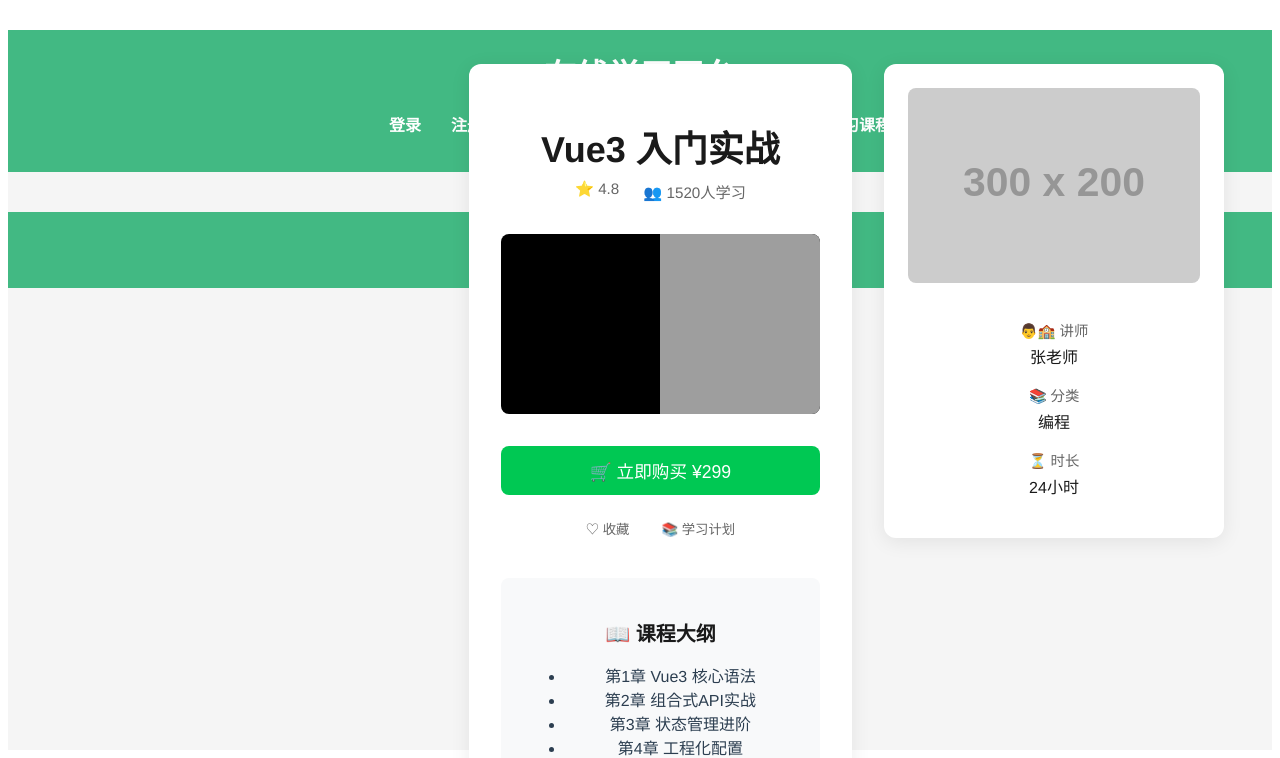
Repository: yuxi12345/vue-study-online
Page: /courses/1
An editor plug-in stored every save of this project. The page is shown before and after a run of saves, followed by the edit.
The browser window is 1280 px wide. The pictures show the whole page.
Pictures or frames that could not be fetched are drawn as grey boxes. The project was rebuilt for these pictures with package versions that can differ from the ones it lists, and the page was loaded fresh each time. Also part of the build but not shown: vite.config.js, src/components/Login.vue, src/components/Register.vue, src/components/UserProfile.vue, src/components/UserPreferences.vue, src/components/CourseList.vue, src/components/CoursePlayer.vue, src/components/TextCoursePlayer.vue.

Above is the page before, as saved 2025-04-02 11:22:33.

### src/main.js
import { createApp } from 'vue';
import App from './App.vue';
import router from './router';

createApp(App)
    .use(router)
    .mount('#app');

### src/App.vue
<template>
  <div id="app">
    <header class="app-header">
      <h1 class="app-title">在线学习平台</h1>
      <nav class="app-nav">
        <ul class="nav-list">
          <li class="nav-item"><router-link to="/login">登录</router-link></li>
          <li class="nav-item"><router-link to="/register">注册</router-link></li>
          <li class="nav-item"><router-link to="/profile">个人信息</router-link></li>
          <li class="nav-item"><router-link to="/preferences">学习偏好设置</router-link></li>
          <li class="nav-item"><router-link to="/courses">课程中心</router-link></li>
          <li class="nav-item"><router-link to="/courses/1/learn">学习课程</router-link></li> <!-- 新增学习课程链接 -->
        </ul>
      </nav>
    </header>
    <main class="app-main">
      <router-view />
    </main>
    <footer class="app-footer">
      <p>© 2025 在线学习平台. 版权所有.</p>
    </footer>
  </div>
</template>

<script setup>
// 这里不需要额外的逻辑
</script>

<style scoped>
#app {
  font-family: Avenir, Helvetica, Arial, sans-serif;
  text-align: center;
  color: #2c3e50;
  margin-top: 30px;
  background-color: #f5f5f5;
  min-height: 100vh;
  /* 确保页面高度至少为100vh */
}

.app-header {
  background-color: #42b983;
  color: white;
  padding: 20px 0;
}

.app-title {
  margin: 0;
  font-size: 2em;
}

.app-nav {
  margin-top: 10px;
}

.nav-list {
  list-style: none;
  padding: 0;
  display: flex;
  justify-content: center;
  /* 水平居中 */
}

.nav-item {
  margin: 0 15px;
  /* 水平间距 */
}

.nav-item a {
  color: white;
  text-decoration: none;
  font-weight: bold;
}

.nav-item a:hover {
  text-decoration: underline;
  /* 悬停时下划线效果 */
}

.app-main {
  padding: 20px;
}

.app-footer {
  margin-top: auto;
  /* 将footer推到页面底部 */
  padding: 10px 0;
  background-color: #42b983;
  color: white;
}
</style>

### src/router.js
import { createRouter, createWebHistory } from 'vue-router';
import Login from './components/Login.vue';
import Register from './components/Register.vue';
import UserProfile from './components/UserProfile.vue';
import UserPreferences from './components/UserPreferences.vue';
import CourseList from './components/CourseList.vue';
import CourseDetail from './components/CourseDetail.vue';
import CoursePlayer from './components/CoursePlayer.vue'; // 新增学习界面路由
import TextCoursePlayer from './components/TextCoursePlayer.vue'; // 新增文字课程路由

const routes = [
    { path: '/login', component: Login },
    { path: '/register', component: Register },
    { path: '/profile', component: UserProfile },
    { path: '/preferences', component: UserPreferences },
    { path: '/', redirect: '/login' }, // 默认重定向到登录页
    { path: '/courses', component: CourseList },
    { path: '/courses/:id', component: CourseDetail },
    { path: '/courses/:id/learn', component: CoursePlayer }, // 新增学习界面路由
    { path: '/courses/:id/text-learn', component: TextCoursePlayer }, // 新增文字课程路由
];

const router = createRouter({
    history: createWebHistory(),
    routes,
});

export default router;

### src/components/CourseDetail.vue
<template>
  <!-- 全局提示弹窗 -->
  <div class="toast-container">
    <transition-group name="toast">
      <div v-for="msg in messages"
           :key="msg.id"
           class="toast"
           :class="msg.type">
        {{ msg.text }}
      </div>
    </transition-group>

  <!-- 主容器 -->
  <div class="course-wrapper">
    <!-- 核心内容区 -->
    <main class="course-main">
      <!-- 课程头图 -->
      <div class="course-hero">
        <h1 class="course-title">{{ course.title }}</h1>
        <div class="course-meta">
          <span class="rating">⭐ {{ (course.rating ?? 0).toFixed(1) }}</span>
          <span class="students">👥 {{ course.students }}人学习</span>
        </div>
      </div>

      <!-- 视频预览 -->
      <div class="video-container">
        <iframe :src="course.videoUrl"
                frameborder="0"
                allowfullscreen
                title="课程预览视频"></iframe>
      </div>

      <!-- 操作按钮组 -->
      <div class="action-container">
        <button class="btn btn-primary"
                @click="handlePurchase"
                v-if="!purchased">
          🛒 立即购买 ¥{{ course.price }}
        </button>
        <button class="btn btn-success"
                v-else
                disabled>
          ✓ 已购买
        </button>

        <div class="secondary-actions">
          <button class="btn btn-icon"
                  :class="{ 'active': isFavorited }"
                  @click="toggleFavorite">
            <span v-if="isFavorited">❤️ 已收藏</span>
            <span v-else>♡ 收藏</span>
          </button>
          <button class="btn btn-icon"
                  :class="{ 'active': isInPlan }"
                  @click="toggleStudyPlan">
            <span v-if="isInPlan">📚 已加入计划</span>
            <span v-else>📚 学习计划</span>
          </button>
        </div>
      </div>

      <!-- 课程详情 -->
      <div class="course-detail">
        <!-- 大纲模块 -->
        <section class="detail-section">
          <h2 class="section-title">📖 课程大纲</h2>
          <ul class="chapter-list">
            <li v-for="(chapter, index) in course.chapters"
                :key="index"
                class="chapter-item">
              <span class="chapter-index">第{{ index + 1 }}章</span>
              {{ chapter }}
            </li>
          </ul>
        </section>

        <!-- 评价模块 -->
        <section class="detail-section">
          <h2 class="section-title">💬 学员评价</h2>
          <div v-for="review in course.reviews"
               :key="review.id"
               class="review-card">
            <p class="review-content">{{ review.content }}</p>
            <div class="review-footer">
              <span class="review-author">{{ review.author }}</span>
              <span class="review-date">{{ review.date }}</span>
            </div>
          </div>
        </section>

        <!-- 常见问题 -->
        <section class="detail-section">
          <h2 class="section-title">❓ 常见问题</h2>
          <div v-for="qa in course.faqs"
               :key="qa.question"
               class="faq-card">
            <div class="faq-question">Q: {{ qa.question }}</div>
            <div class="faq-answer">A: {{ qa.answer }}</div>
          </div>
        </section>
      </div>
    </main>

    <!-- 侧边信息栏 -->
    <aside class="course-sidebar">
      <div class="info-card">
        <img :src="course.cover"
             alt="课程封面"
             class="course-cover">
        <div class="info-group">
          <label>👨🏫 讲师</label>
          <p class="info-content">{{ course.instructor }}</p>
        </div>
        <div class="info-group">
          <label>📚 分类</label>
          <p class="info-content">{{ course.category }}</p>
        </div>
        <div class="info-group">
          <label>⏳ 时长</label>
          <p class="info-content">{{ course.duration }}小时</p>
        </div>
      </div>
    </aside>
  </div>
  </div>
</template>

<script setup>
import { ref } from 'vue';

// 课程数据
const course = ref({
  id: 1,
  title: 'Vue3 入门实战',
  category: '编程',
  cover: 'https://via.placeholder.com/300x200',
  instructor: '张老师',
  rating: 4.8,
  students: 1520,
  duration: 24,
  price: 299,
  videoUrl: 'https://example.com/video',
  chapters: [
    'Vue3 核心语法',
    '组合式API实战',
    '状态管理进阶',
    '工程化配置',
    '项目实战'
  ],
  reviews: [
    {
      id: 1,
      author: '前端开发者',
      content: '课程结构清晰，项目案例非常实用',
      date: '2024-03-15'
    }
  ],
  faqs: [
    {
      question: '需要哪些前置知识？',
      answer: '需掌握HTML/CSS和JavaScript基础'
    }
  ]
});

// 交互状态
const isFavorited = ref(false);
const isInPlan = ref(false);
const purchased = ref(false);

// 消息系统
const messages = ref([]);
let toastId = 0;

const showToast = (text, type = 'success') => {
  const id = toastId++;
  messages.value.push({ id, text, type });

  setTimeout(() => {
    messages.value = messages.value.filter(msg => msg.id !== id);
  }, 3000);
};

// 核心交互
const toggleFavorite = () => {
  isFavorited.value = !isFavorited.value;
  showToast(
    isFavorited.value ? '已加入收藏' : '已取消收藏',
    isFavorited.value ? 'success' : 'info'
  );
};

const toggleStudyPlan = () => {
  isInPlan.value = !isInPlan.value;
  showToast(
    isInPlan.value ? '已加入学习计划' : '已移出学习计划',
    isInPlan.value ? 'success' : 'info'
  );
};

const handlePurchase = () => {
  purchased.value = true;
  showToast('🎉 购买成功！课程已添加到学习中心', 'success');
};
</script>

<style scoped>
/* 基础布局 */
.course-wrapper {
  max-width: 1280px;
  margin: 2rem auto;
  padding: 0 1.5rem;
  display: grid;
  grid-template-columns: 1fr 340px;
  gap: 2rem;
}

/* 主内容区 */
.course-main {
  background: #fff;
  border-radius: 12px;
  box-shadow: 0 4px 20px rgba(0,0,0,0.08);
  padding: 2rem;
}

.course-hero {
  text-align: center;
  margin-bottom: 2rem;
}

.course-title {
  font-size: 2.25rem;
  color: #1a1a1a;
  margin-bottom: 0.5rem;
}

.course-meta {
  display: flex;
  justify-content: center;
  gap: 1.5rem;
  color: #666;
  font-size: 0.95rem;
}

/* 视频容器 */
.video-container {
  position: relative;
  padding-bottom: 56.25%;
  margin: 1.5rem 0;
  border-radius: 8px;
  overflow: hidden;
  background: #000;
}

.video-container iframe {
  position: absolute;
  width: 100%;
  height: 100%;
  border: none;
}

/* 操作按钮 */
.action-container {
  display: flex;
  flex-direction: column;
  gap: 1rem;
  margin: 2rem 0;
}

.btn {
  padding: 0.75rem 1.5rem;
  border: none;
  border-radius: 8px;
  font-weight: 500;
  transition: all 0.2s;
  display: inline-flex;
  align-items: center;
  justify-content: center;
}

.btn-primary {
  background: #00c853;
  color: white;
  font-size: 1.1rem;
}

.btn-primary:hover {
  transform: translateY(-2px);
  box-shadow: 0 4px 12px rgba(0,200,83,0.3);
}

.btn-success {
  background: #4caf50;
  color: white;
  cursor: default;
}

.btn-icon {
  background: none;
  color: #666;
  padding: 0.5rem 1rem;
}

.btn-icon.active {
  color: #00c853;
  background: rgba(0,200,83,0.1);
}

/* 详情模块 */
.detail-section {
  margin: 2rem 0;
  padding: 1.5rem;
  background: #f8f9fa;
  border-radius: 8px;
}

.section-title {
  font-size: 1.25rem;
  color: #1a1a1a;
  margin-bottom: 1rem;
}

/* 侧边栏 */
.course-sidebar {
  position: sticky;
  top: 2rem;
  height: fit-content;
}

.info-card {
  background: white;
  padding: 1.5rem;
  border-radius: 12px;
  box-shadow: 0 4px 20px rgba(0,0,0,0.08);
}

.course-cover {
  width: 100%;
  border-radius: 8px;
  margin-bottom: 1rem;
}

.info-group {
  margin: 1rem 0;
}

.info-group label {
  color: #666;
  font-size: 0.9rem;
}

.info-content {
  color: #1a1a1a;
  font-weight: 500;
  margin-top: 0.25rem;
}

/* 提示系统 */
.toast-container {
  position: fixed;
  top: 2rem;
  right: 2rem;
  z-index: 9999;
}

.toast {
  width: 280px;
  padding: 1rem;
  margin-bottom: 1rem;
  border-radius: 8px;
  color: white;
  box-shadow: 0 4px 12px rgba(0,0,0,0.15);
  backdrop-filter: blur(4px);
}

.toast.success {
  background: rgba(76,175,80,0.9);
}

.toast.info {
  background: rgba(33,150,243,0.9);
}

/* 动画效果 */
.toast-enter-active,
.toast-leave-active {
  transition: all 0.4s cubic-bezier(0.22, 0.61, 0.36, 1);
}

.toast-enter-from {
  opacity: 0;
  transform: translateX(100%);
}

.toast-leave-to {
  opacity: 0;
  transform: translateY(-20%);
}

@media (max-width: 768px) {
  .course-wrapper {
    grid-template-columns: 1fr;
    padding: 0 1rem;
  }

  .course-sidebar {
    order: -1;
    margin-bottom: 2rem;
  }

  .course-main {
    padding: 1.5rem;
  }
}
</style>

Loaded but not shown: index.html (common file)

After the next 3 saves:
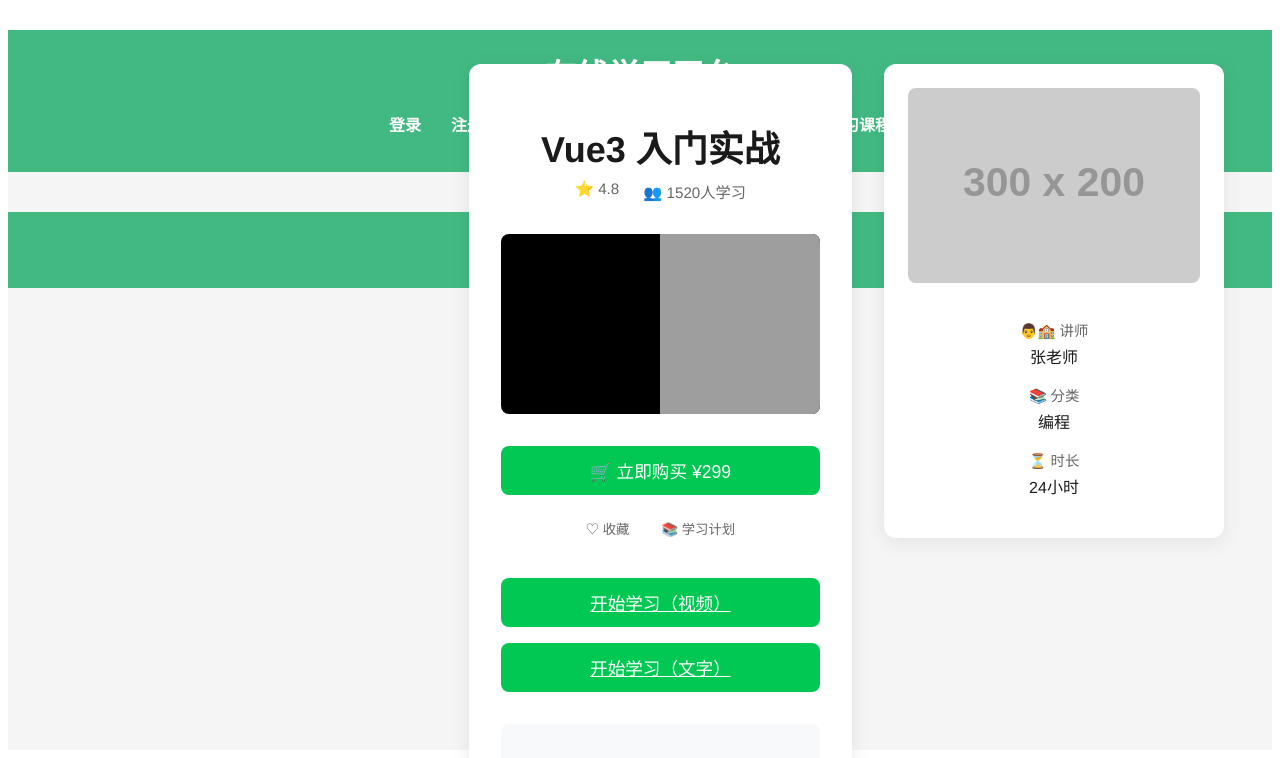
The 3 saves are shown as one change because they came seconds apart.
The last was saved 4 min 19 s later.
--- a/src/components/CourseDetail.vue
+++ b/src/components/CourseDetail.vue
@@ -58,6 +58,16 @@
             <span v-else>📚 学习计划</span>
           </button>
         </div>
+      </div>
+
+      <!-- 学习按钮 -->
+      <div class="action-container">
+        <router-link :to="`/courses/${course.id}/learn`" class="btn btn-primary">
+          开始学习（视频）
+        </router-link>
+        <router-link :to="`/courses/${course.id}/text-learn`" class="btn btn-primary">
+          开始学习（文字）
+        </router-link>
       </div>
 
       <!-- 课程详情 -->
